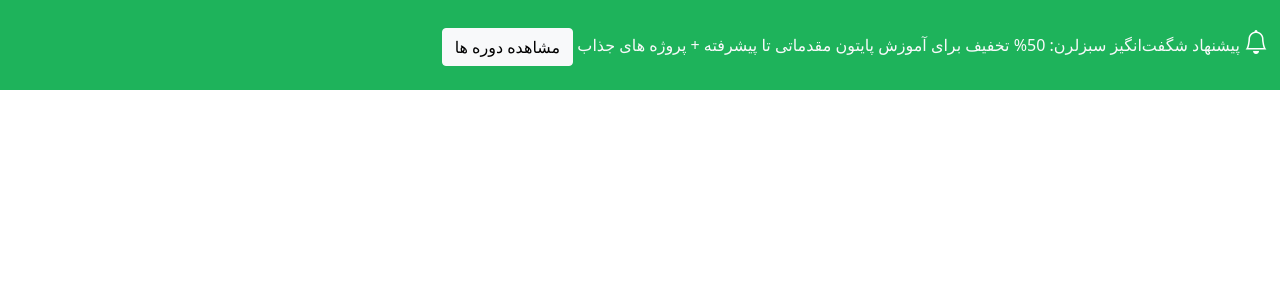
Repository: mobina-mirzaei/final-project-mirzaei
Page: index.html
These files come from the project's save history. The page is drawn as it stood at one moment and after the next save; the edit follows.
The browser window is 1280 px wide. The pictures show the whole page.
The style sheet was rebuilt from its Sass, Less or Tailwind sources for each picture, by a compiler version that may differ from the author's.

Above is the page before, as saved 2025-06-05 21:07:05.

### index.html
<!DOCTYPE html>
<html lang="fa" dir="rtl">
  <head>
    <meta charset="UTF-8" />
    <meta name="viewport" content="width=device-width, initial-scale=1.0" />
    <link
      rel="stylesheet"
      href="./assets/bootstrap-5.1.3-dist/bootstrap-5.1.3-dist/css/bootstrap.rtl.min.css"
    />
    <script
      src="./assets/bootstrap-5.1.3-dist/bootstrap-5.1.3-dist/js/bootstrap.bundle.min.js"
      defer
    ></script>
    <link rel="stylesheet" href="./assets/css/main.css" />
    <link rel="stylesheet" href="https://cdn.jsdelivr.net/npm/bootstrap-icons@1.10.5/font/bootstrap-icons.css"/>
    <title>SabzLearn</title>
  </head>
  <body>
    <div class="container-fluid">
      <div class="row d-flex justify-content-between aling-items-center pre-nav py-4">
        <div class="col-lg-8">
            <span class="text-light">
                <i class="bi bi-bell" style="color: white; font-size: 24px;"></i>
                پیشنهاد شگفت‌انگیز سبزلرن: 50% تخفیف برای آموزش پایتون مقدماتی تا
                پیشرفته + پروژه های جذاب
            </span>
            <button class="btn btn-light">مشاهده دوره ها</button>
        </div>
        <div class="col-lg-4">

        </div>
      </div>
    </div>
  </body>
</html>

### assets/scss/main.scss
.pre-nav{
    background-color:rgb(30 179 91);
}

Loaded but not shown: assets/bootstrap-5.1.3-dist/bootstrap-5.1.3-dist/css/bootstrap.rtl.min.css (library); assets/bootstrap-5.1.3-dist/bootstrap-5.1.3-dist/js/bootstrap.bundle.min.js (library)

After the next save:
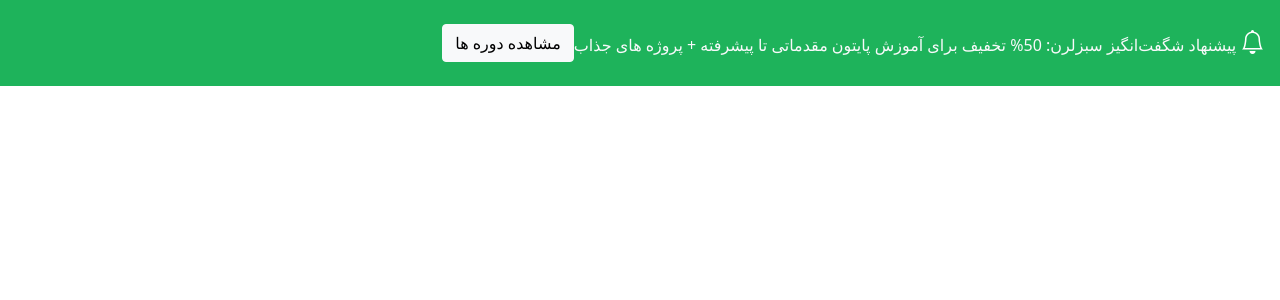
Saved 31 s later.
--- a/index.html
+++ b/index.html
@@ -18,7 +18,7 @@
   <body>
     <div class="container-fluid">
       <div class="row d-flex justify-content-between aling-items-center pre-nav py-4">
-        <div class="col-lg-8">
+        <div class="col-lg-8 d-flex justify-content-center aling-items-center">
             <span class="text-light">
                 <i class="bi bi-bell" style="color: white; font-size: 24px;"></i>
                 پیشنهاد شگفت‌انگیز سبزلرن: 50% تخفیف برای آموزش پایتون مقدماتی تا
